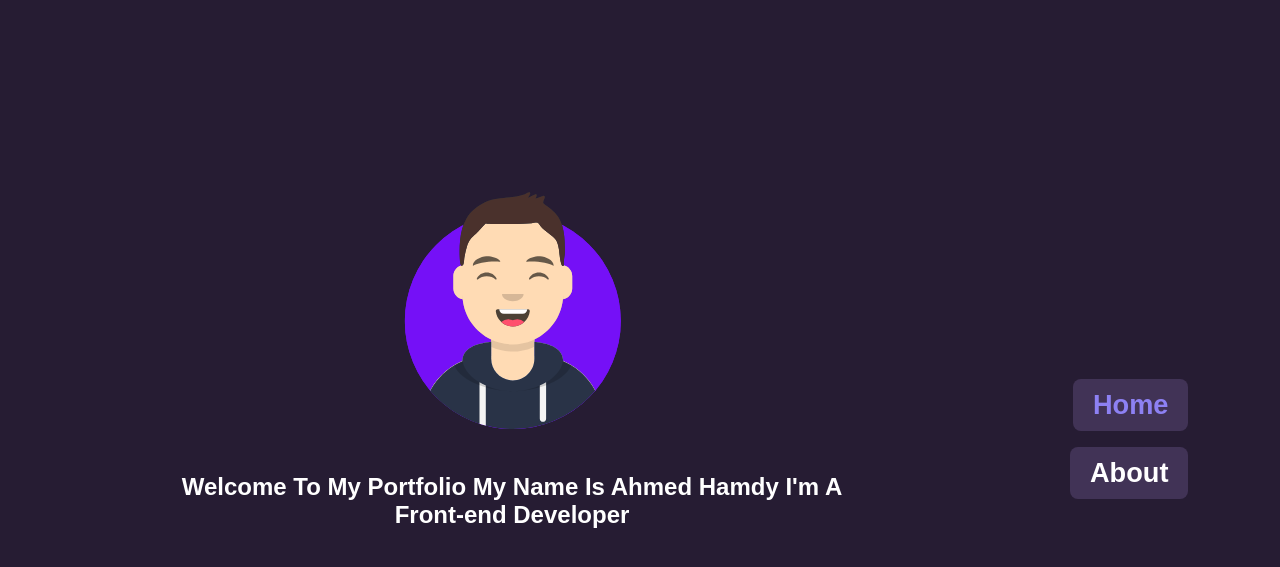
Repository: ahamdy997/portfolio
Page: /
An editor plug-in stored every save of this project. The page is shown before and after the next save, followed by the edit.
The browser window is 1280 px wide. The pictures show the whole page.
The project was rebuilt for these pictures with package versions that can differ from the ones it lists, and the page was loaded fresh each time. Also part of the build but not shown: vue.config.js.

Above is the page before, as saved 2023-11-05 22:30:16.

### src/App.vue
<template>
  <div class="flex">
    <router-view />
    <header>
      <nav>
        <router-link to="/">Home</router-link>
        <router-link to="/about">About</router-link>
      </nav>
    </header>
  </div>
</template>

<style>
* {
  box-sizing: border-box;
  padding: 0;
  margin: 0;
}
.flex {
  display: flex;
  justify-content: center;
  align-items: center;
  width: 100vw;
}
header {
  font-size: 1.7rem;
  align-self: flex-end;
  width: 20%;
}

nav {
  padding: 30px;
  text-align: center;
  display: flex;
  flex-direction: column;
  gap: 1rem;
}
body {
  font-family: sans-serif;
  height: 100vh;
  background: #261c33;
  display: flex;
  align-items: center;
  justify-content: center;
  color: #fff;
  text-align: center;
}
nav a {
  font-weight: bold;
  color: #fff;
  text-decoration: none;
  border-radius: 8px;
  background-color: #56447092;
  padding: 10px 20px;
  align-self: flex-end;
}
a:hover {
  color: rgba(137, 147, 200, 0.7);
}

nav a.router-link-exact-active {
  color: #8d81f3;
}
</style>

### src/views/HomeView.vue
<template>
  <div class="home">
    <img src="../assets/mf-avatar.svg" alt="happy person" />
    <HelloWorld msg="Welcome to Your Vue.js App" />
  </div>
</template>

<script>
// @ is an alias to /src
import HelloWorld from "@/components/HelloWorld.vue";

export default {
  name: "HomeView",
  components: {
    HelloWorld,
  },
};
</script>
<style scoped>
img {
  margin-bottom: 40px;
}
</style>

### src/components/HelloWorld.vue
<template>
  <div class="hello">
    <h2>
      Welcome To My Portfolio My Name Is Ahmed Hamdy I'm A Front-end Developer
    </h2>
  </div>
</template>

<script>
export default {
  name: "HelloWorld",
  props: {
    msg: String,
  },
};
</script>

<!-- Add "scoped" attribute to limit CSS to this component only -->
<style scoped>
.hello {
  margin: auto;
  width: 80%;
}
a {
  color: #42b983;
}
</style>

Loaded but not shown: public/index.html (common file); src/main.js (common file); src/router/index.js (common file)

After the next save:
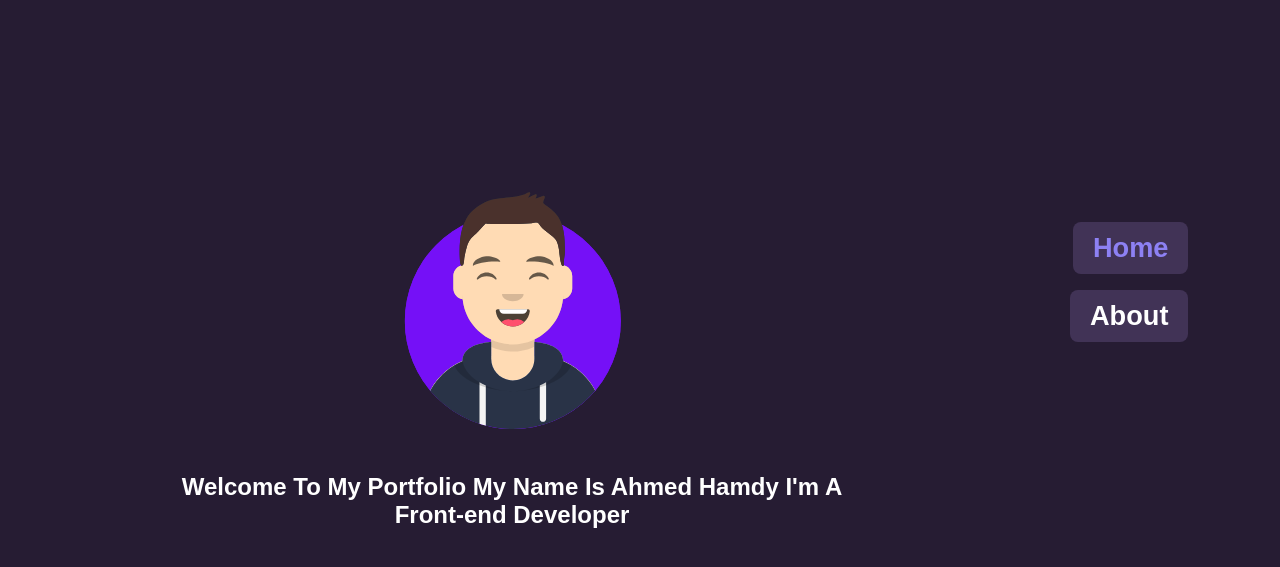
Saved 35 s later.
--- a/src/App.vue
+++ b/src/App.vue
@@ -24,7 +24,7 @@
 }
 header {
   font-size: 1.7rem;
-  align-self: flex-end;
+  align-self: self-start;
   width: 20%;
 }
 
